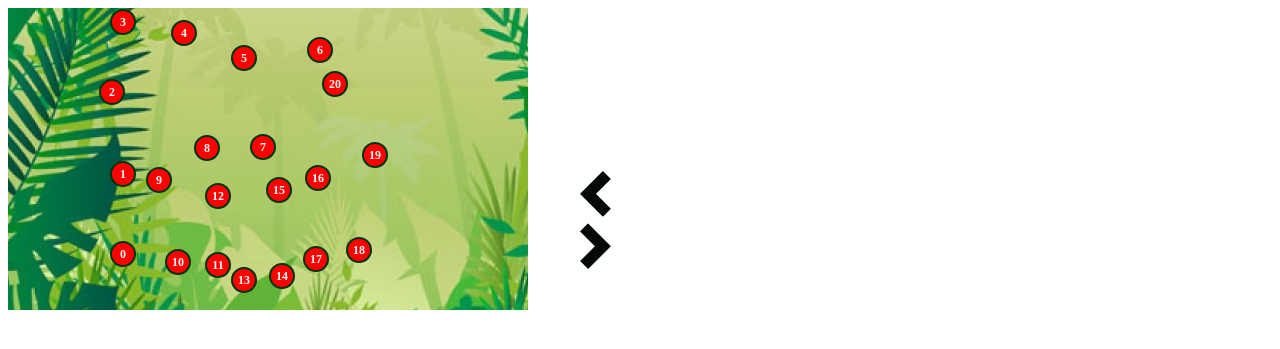
Repository: RathipriyaChandrasekaran/dotlite
Page: ConnectDots/animals.html
An editor plug-in stored every save of this project. The page is shown before and after the next save, followed by the edit.
The browser window is 1280 px wide. The pictures show the whole page.

Above is the page before, as saved 2014-12-15 06:14:27.

### ConnectDots/animals.html
<!DOCTYPE html>
<html>
<head>
     <meta charset="utf-8" />
     <meta name="viewport" content="width=device-width, initial-scale=1.0, maximum-scale=1.0">
     <link rel="stylesheet" type="text/css" href="css/appstyle.css"/>
     <script src="js/main.js"></script>
</head>
<body>

  <canvas id="canvas1" width="520" height="302"></canvas>
   <img src="images/arrowkeys.png" id="leftarrow" style=" position: absolute; top:130px !important; margin-left: 0px!important;"></img>
   <img src="images/rightarrow.png" id="rightarrow" ></img>


  <script type="text/javascript">

  var animals = [
                 {
                     url : "http://data1.whicdn.com/images/30005420/large.png",
                    points : [{"x":115,"y":246},{"x":115,"y":166},{"x":104,"y":84},{"x":115,"y":14},{"x":176,"y":25},{"x":236,"y":50},{"x":312,"y":42},{"x":255,"y":139},{"x":199,"y":140},{"x":151,"y":172},{"x":170,"y":254},{"x":210,"y":257},{"x":210,"y":188},{"x":236,"y":272},{"x":274,"y":268},{"x":271,"y":182},{"x":310,"y":170},{"x":308,"y":251},{"x":351,"y":242},{"x":367,"y":147},{"x":327,"y":76}]
                 }
                 ];

             var animalSelected = 0;
             var animal = animals[animalSelected];

             var can = document.getElementById('canvas1');
             var context = can.getContext('2d');
             var radius = 12;
             var readyToTouchClr = "green";
             var readyToConnectClr = "yellow";
             var clr = "red";

             var height = 305;
             var width = 520;

             context.beginPath();
             context.rect(1, 1, width-2, height-2);
             //context.fillStyle= 'green';
             context.fill();
             context.lineWidth = 1;
             context.strokeStyle = 'black';
             context.stroke();

             function loadCanvas(dataURL, _cb) {

                 // load image from data url
                 var imageObj = new Image();
                 imageObj.onload = function() {
                     var imgWidth = this.width;
                     var imgHeight = this.height;
                     var posX = (width - imgWidth)/2;
                     var posY = (height - imgHeight)/2;
                     context.drawImage(this, -5, posY + 10);
                     if (_cb) _cb();
                 };

                 imageObj.src = dataURL;
             }

            loadCanvas("images/jungle.png", function() {

            	   for(var i in animal.points) {
                	   var point = animal.points[i];
                	   drawCircle(point, i);
                	  }

            });

             function drawCircle(point, text) {
               context.beginPath();
               context.arc(point.x, point.y, radius, 0, 2 * Math.PI, false);
               context.fillStyle = clr;
               context.fill();
               context.lineWidth = 2;
               context.strokeStyle = '#003300';
               context.stroke();


               context.fillStyle = "white";
               var font = "bold " + radius +"px serif";
               context.font = font;
               // Move it down by half the text height and left by half the text width
               var width = context.measureText(text).width;
               var height = context.measureText("w").width; // this is a GUESS of height
               context.fillText(text, point.x - (width/2), point.y + (height/2));
             }

             var c = document.getElementById("canvas1");
             var ctx = c.getContext("2d");
             var img = document.getElementById("leftarrow");
             ctx.drawImage(img,0, 0);
             var img1 = document.getElementById("rightarrow");
             ctx.drawImage(img,50, 50);

  </script>
  </body>
  </html>

### ConnectDots/css/appstyle.css
#backgroundimage{
	display: block;

    background-repeat: no-repeat ;
}

#play{
	position: absolute;
	top: 80px;
	left: 320px;
	width: 100px;
	height: 35px;
}

#pref{
	position : absolute;
	top: 130px;
	left: 320px;
	width: 100px;
	height: 30px;
}
#moregame{
	position : absolute;
	top: 170px;
	left: 320px;
	width: 100px;
	height: 30px;
}

#fullversion{
	position : absolute;
	top: 210px;
	left: 320px;
	width: 100px;
	height: 30px;
}

.button {
   border-top: 1px solid #96d1f8;
   background: #D2691E;
   background: -webkit-gradient(linear, left top, left bottom, from(#3e779d), to(#65a9d7));
   background: -webkit-linear-gradient(top, #3e779d, #65a9d7);
   background: -moz-linear-gradient(top, #3e779d, #65a9d7);
   background: -ms-linear-gradient(top, #3e779d, #65a9d7);
   background: -o-linear-gradient(top, #3e779d, #65a9d7);
   padding: 5px 10px;
   -webkit-border-radius: 8px;
   -moz-border-radius: 8px;
   border-radius: 8px;
   -webkit-box-shadow: rgba(0,0,0,1) 0 1px 0;
   -moz-box-shadow: rgba(0,0,0,1) 0 1px 0;
   box-shadow: rgba(0,0,0,1) 0 1px 0;
   text-shadow: rgba(0,0,0,.4) 0 1px 0;
   color: white;
   font-size: 16px;
   font-family: Georgia, serif;
   text-decoration: none;
   vertical-align: middle;
   width: 150px;
   }
.button:hover {
   border-top-color: #28597a;
   background: #28597a;
   color: #ccc;
   }
.button:active {
   border-top-color: #1b435e;
   background: #D2691E;
   }
   .smallbutton {
   border-top: 1px solid #96d1f8;
   background: #65a9d7;
   background: -webkit-gradient(linear, left top, left bottom, from(#3e779d), to(#65a9d7));
   background: -webkit-linear-gradient(top, #3e779d, #65a9d7);
   background: -moz-linear-gradient(top, #3e779d, #65a9d7);
   background: -ms-linear-gradient(top, #3e779d, #65a9d7);
   background: -o-linear-gradient(top, #3e779d, #65a9d7);
   padding: 5px 10px;
   -webkit-border-radius: 8px;
   -moz-border-radius: 8px;
   border-radius: 8px;
   -webkit-box-shadow: rgba(0,0,0,1) 0 1px 0;
   -moz-box-shadow: rgba(0,0,0,1) 0 1px 0;
   box-shadow: rgba(0,0,0,1) 0 1px 0;
   text-shadow: rgba(0,0,0,.4) 0 1px 0;
   color: white;
   font-size: 14px;
   font-family: Georgia, serif;
   text-decoration: none;
   vertical-align: middle;
   width:150px;
   }

### ConnectDots/js/main.js
var startTime;
var checkTime;

//Initialize function
var init = function () {
	// TODO:: Do your initialization job
	console.log("init() called");

	// add eventListener for tizenhwkey
	document.addEventListener('tizenhwkey', function(e) {
		if(e.keyName == "back") {
			try {
				tizen.application.getCurrentApplication().exit();
			} catch (error) {
				console.error("getCurrentApplication(): " + error.message);
			}
		}
	});
};
// window.onload can work without <body onload="">
window.onload = init;

function startTime() {
	var today = new Date();
	var h = today.getHours();

	var m = today.getMinutes();
	var s = today.getSeconds();
	m = checkTime(m);
	s = checkTime(s);
	document.getElementById('divbutton1').innerHTML="Current time: " + h + ":" + m + ":" + s;
	var t = setTimeout(startTime, 250);
}

function checkTime(i) {
	if (i < 10) {
		i="0" + i;
	}
	return i;
}

After the next save:
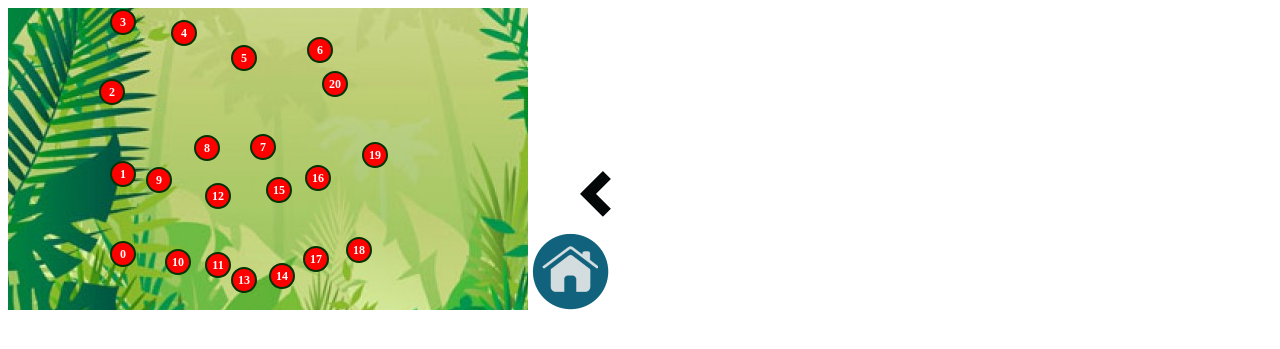
Saved 1 s later.
--- a/ConnectDots/animals.html
+++ b/ConnectDots/animals.html
@@ -10,7 +10,7 @@
 
   <canvas id="canvas1" width="520" height="302"></canvas>
    <img src="images/arrowkeys.png" id="leftarrow" style=" position: absolute; top:130px !important; margin-left: 0px!important;"></img>
-   <img src="images/rightarrow.png" id="rightarrow" ></img>
+   <img src="images/homebutton.png" id="rightarrow" ></img>
 
 
   <script type="text/javascript">
